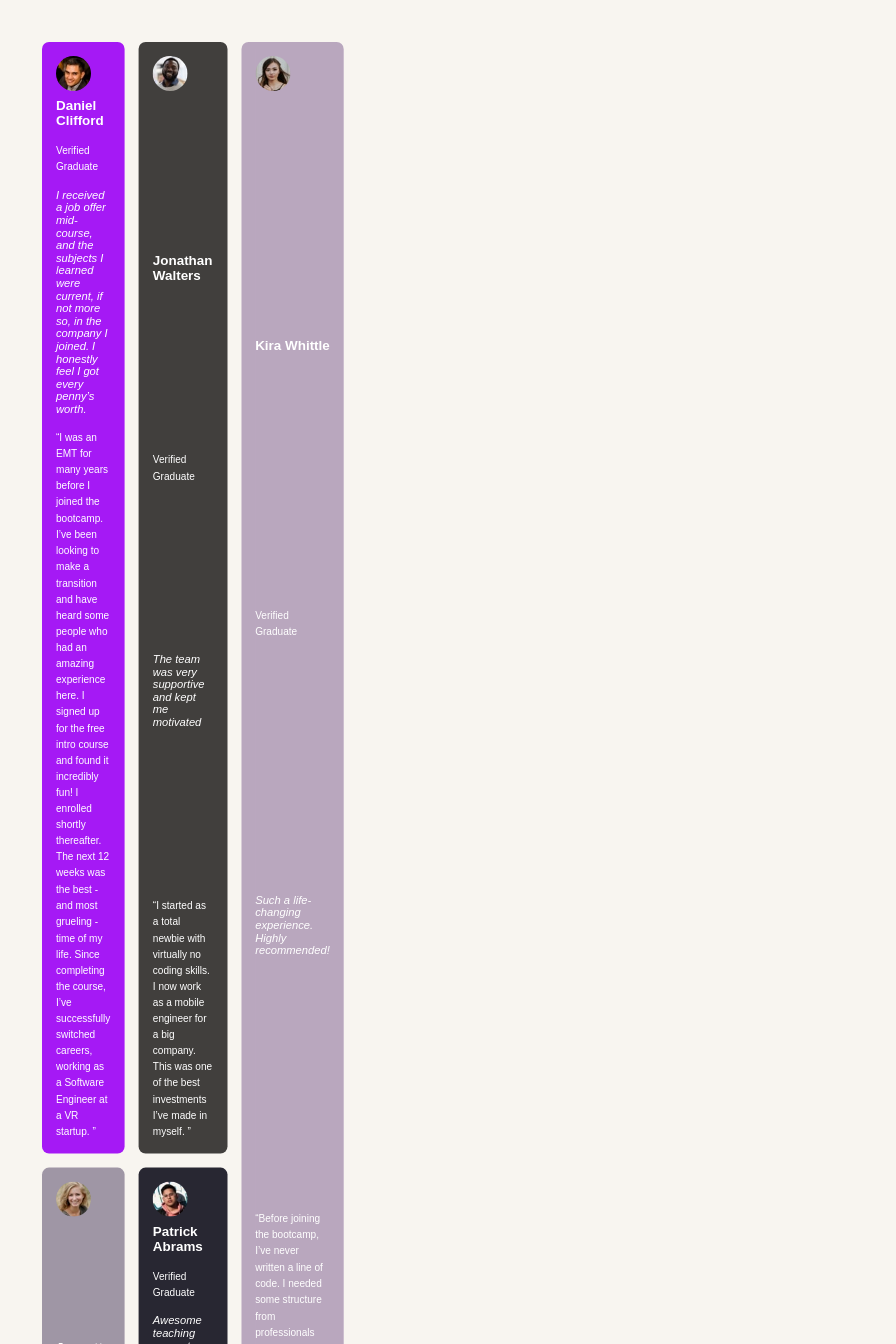
Repository: MagedElRefaey/Grid-Project
Page: Task.html
These files come from the project's save history. The page is drawn as it stood at one moment and after the next save; the edit follows.
The browser window is 1280 px wide. The pictures show the part of the page from y = 0 to 1920 px (the page is 3009 px tall before and 1109 px after), at 70% of full size.

Above is the page before, as saved 2024-09-13 23:14:35.

After the next save:
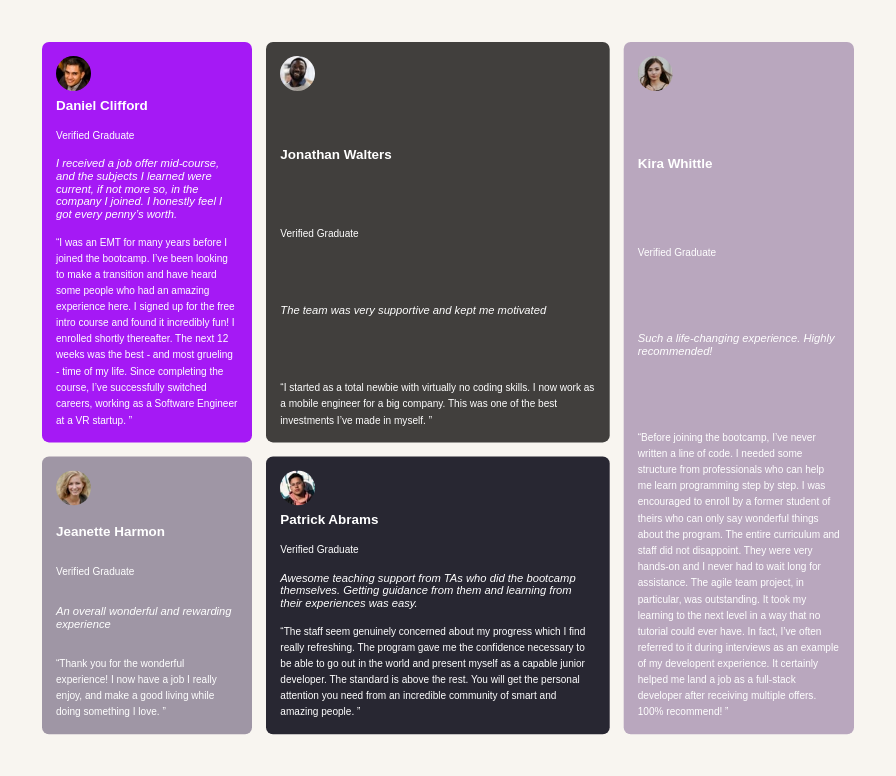
Saved 10 s later.
--- a/Style.css
+++ b/Style.css
@@ -9,10 +9,6 @@ body{
     padding: 20px;
 }
 .Container {
-    width: 100%;
-    max-width: 300px;
-    min-height: 300px;
-
     padding: 40px 40px 40px;
     display: grid;
     grid-template-columns: repeat(4,1fr);
@@ -22,9 +18,7 @@ body{
     gap: 20px;
 }
 .Card{
-    width: 100%;
-    max-width: 300px;
-    min-height: 300px;
+
 
     padding: 20px;
     border-radius: 10px;
